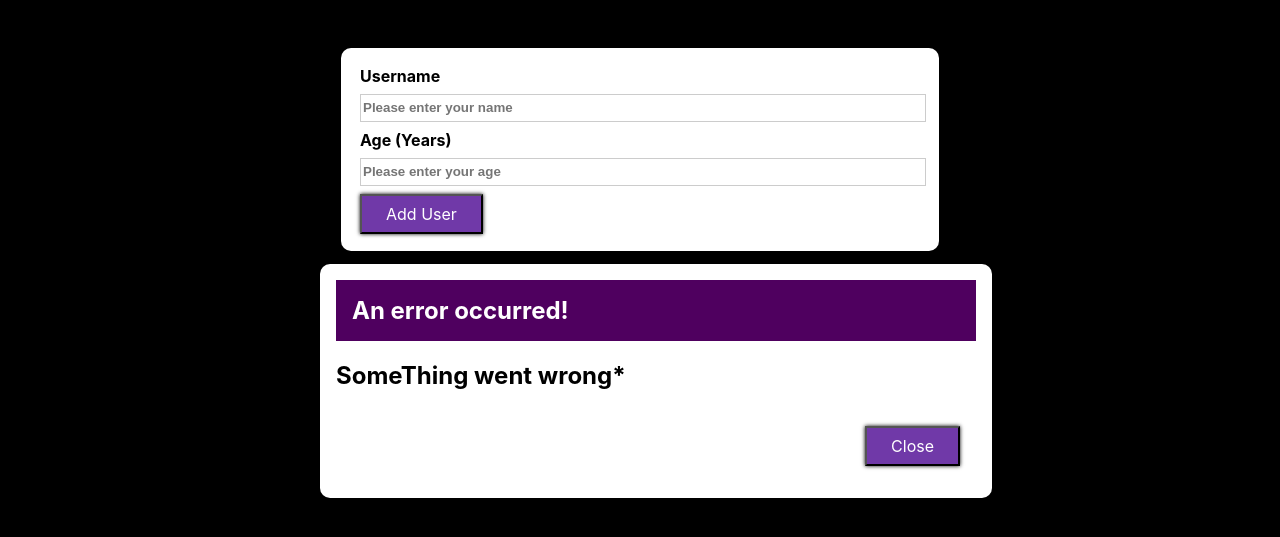
Repository: NamalPathirana/section-eight
Page: /
These files come from the project's save history. The page is drawn as it stood at one moment and after the next save; the edit follows.
The browser window is 1280 px wide. The pictures show the whole page.
The project was rebuilt for these pictures with package versions that can differ from the ones it lists, and the page was loaded fresh each time. Also part of the build but not shown: src/App.module.css.

Above is the page before, as saved 2021-12-04 14:31:00.

### src/index.css
body {
  margin: 0;
  padding: 0%;
  height: 100%;
  width: 100%;
  display: flex;
  flex-direction: column;
  background-color: black;
  font-family: -apple-system, BlinkMacSystemFont, 'Segoe UI', 'Roboto', 'Oxygen',
    'Ubuntu', 'Cantarell', 'Fira Sans', 'Droid Sans', 'Helvetica Neue',
    sans-serif;
  -webkit-font-smoothing: antialiased;
  -moz-osx-font-smoothing: grayscale;
}

code {
  font-family: source-code-pro, Menlo, Monaco, Consolas, 'Courier New',
    monospace;
}

### src/App.js
import styles from "./App.module.css";
import react, { useState } from "react";
import UserInput from "./Components/UserInput/UserInput";
import UserList from "./Components/UserList/UserList";
import Card from "./UI/Card/Card";

function App() {
  const [listOfEntries, SetListOfEntries] = useState([
    { key: 0, name: "Dave", age: "000" },
    { key: 1, name: "looper", age: "29" },
  ]);

  const UserEntryCallbackHandler = (props) => {
    SetListOfEntries((prevListOfEntries) => {
      const tempList = [...prevListOfEntries];
      tempList.unshift({
        key: Math.random(),
        name: props.name,
        age: props.age,
      });
      return tempList;
    });
    console.log(listOfEntries);
  };

  const entryDeletionCallback = (entryKey) => {
    SetListOfEntries((perEntry) => {
      const updatedEntries = perEntry.filter((entry) => {
        return entry.key !== entryKey;
      });
      return updatedEntries;
    });
  };

  let UserInfoSegment = <Card><h3 className={styles.block}>No Entries Exists To Display</h3></Card>;

  if (listOfEntries.length > 0) {
    UserInfoSegment = (
      <UserList
        items={listOfEntries}
        deletionHandler={entryDeletionCallback}
      ></UserList>
    );
  }

  return (
    <div className="App">
      <section>
        <UserInput onUserEntry={UserEntryCallbackHandler}></UserInput>
      </section>
      <section>
      {UserInfoSegment}
      </section>
    </div>
  );
}

export default App;

### src/Components/UserInput/UserInput.js
import Button from "../../UI/Button/Button";
import styles from "./UserInput.module.css";
import { useState } from "react";
import Card from "../../UI/Card/Card";
import ErrorModal from "../../UI/ErrorModal/ErrorModal";

const UserInput = (props) => {
  const userEntry = { key: 0, name: "lol", age: "25" };

  const [username, SetUserName] = useState("");
  const [age, SetAge] = useState("");
  const [isValid, SetIsValid] = useState(true);

  const NameInputHandler = (props) => {
    SetUserName(props.target.value);

    if (props.target.value.length > 0) {
      SetIsValid(true);
    }
    // console.log('[UserInput.js / userName : ]'+username)
  };

  const AgeInputHandler = (props) => {
    SetAge(props.target.value);
    if (props.target.value.length > 0) {
      SetIsValid(true);
    }
    // console.log('[UserInput.js / userName : ]'+age);
  };

  const FormSubmitHandler = (event) => {
    event.preventDefault();

    if (username.length === 0) {
      SetIsValid(false);
      return;
    }
    if(+age<1){
        SetIsValid(false);
        return;
    }

    userEntry.key = Math.random();
    userEntry.name = username;
    userEntry.age = age;

    props.onUserEntry(userEntry);

    SetUserName("");
    SetAge("");
  };

  return (
    <div>
    <ErrorModal title="An error occurred!" message='SomeThing went wrong*'></ErrorModal>
    <Card>
      <form onSubmit={FormSubmitHandler}>
        <div className={styles.frame}>
          <label className={`${!isValid ? styles.inValid : ""}`}>
            Username
          </label>
          <input
            placeholder="Please enter your name"
            type="text"
            onChange={NameInputHandler}
            className={!isValid ? styles.inValid : ""}
            value={username}
          />
          <label className={`${!isValid ? styles.inValid : ""}`}>
            Age (Years)
          </label>
          <input
            placeholder="Please enter your age"
            type="number"
            max="120"
            maxLength="2"
            min="12"
            onChange={AgeInputHandler}
            value={age}
            className={`${!isValid ? styles.inValid : ""}`}
          />
          <Button name="Add User" type="submit"></Button>
        </div>
      </form>
    </Card>
    </div>
  );
};

export default UserInput;

### src/Components/UserList/UserList.js
import styles from './UserList.module.css';
import UserListItem from '../UserListItem/UserListItem'
import Card from '../../UI/Card/Card';


const UserList = (props) => {

    const listUserItems = props.items.map(row=>{
        return  <UserListItem key={row.key} name={row.name} age={row.age} clicked={()=>{props.deletionHandler(row.key)}}/>;
    });

    return(
        <Card>
        <div className={styles.frame}>
           {listUserItems}
        </div>
        </Card>
    );
}

export default UserList;

### src/UI/Card/Card.js
import styles from './Card.module.css';

const Card = (props) => {

    return (<div className={`${styles.card} ${props.className}`}>
        {props.children}
    </div>);

}

export default Card;

### src/UI/Button/Button.js
import styles from "./Button.module.css";

const Button = (props) => {
  return <button className={styles.button} type={props.type || 'button'}>{props.name}</button>;
};

export default Button;

### src/Components/UserInput/UserInput.module.css
.frame{

}

.frame input{
    display: block;
    font-weight: bold;
    border: 1px solid #ccc;
    line-height: 1.5rem;
    padding: 100 0.25rm;
    width: 100%;
    margin-bottom: 0.5rem;
}

.frame input:hover{
    border: 1px solid rgb(49, 45, 45);
}

label.inValid {
    color: red;
}

input.inValid {
    background-color: rgb(233, 161, 161);
    border: 1px solid red;
 }

.frame label{
    display: block;
    align-content: flex-start;
    font-weight: bold;
    margin-bottom: 0.5rem;
}

### src/UI/ErrorModal/ErrorModal.js
import styles from "./ErrorModal.module.css";
import Card from "../Card/Card";
import Button from "../Button/Button"

const ErrorModal = (props) => {
  return (
    <Card className={styles.modal}>
      <header className={styles.header} ><h2>{props.title}</h2></header>
      <h2 className={styles.message}>{props.message}</h2>
      <footer className={styles.actions}><Button name="Close"></Button></footer>
    </Card>
  );
};

export default ErrorModal;

### src/Components/UserList/UserList.module.css
.frame{

}

### src/Components/UserListItem/UserListItem.js
import styles from './UserListItem.module.css';


const UserListItem = (props) => {

    return(
        <div className={styles.list_item} onClick={props.clicked}>
            <h3>{props.name} ({props.age} Years Old)</h3>
        </div>
    );
}

export default UserListItem;

### src/UI/Card/Card.module.css
.card{
    margin: 0.5rem 0.5rem;
    padding: 1.1rem 1.2rem;
    width: 35rem;
    max-width: 90%;
    margin: 3rem auto;
    background-color: white;
    border-radius: 10px;
}

### src/UI/Button/Button.module.css
.button{
    font: inherit;
    padding: 0.5rem 1.5rem;
    background-color: rgb(112, 57, 168);
    color:white;
    box-shadow: 0 0 4px black;
    cursor: pointer;
    width: auto;
}

.button:focus{
    outline: none;
}

.button:hover,.button:active{
    background-color: rgb(185, 140, 231);
    border-color: rgb(185, 140, 231);
    box-shadow: 0 0 8px black;
}

### src/UI/ErrorModal/ErrorModal.module.css
.modal {
  position: fixed;
  top: 30vh;
  left: 10%;
  width: 80%;
  z-index: 100;
  overflow: hidden;
  padding: 1rem 1rem !important;
}

.header {
  background: #4f005f;
  padding: 1rem;
}

.header h2 {
  color: white;
  margin: 0;
}

.content {
  padding: 1rem;
}

.actions {
  padding: 1rem;
  display: flex;
  justify-content: flex-end;
}

@media (min-width: 768px) {
  .modal {
    left: calc(50% - 20rem);
    width: 40rem;
  }
}

### src/Components/UserListItem/UserListItem.module.css
.list_item{
    border: 1px solid gray;
    display: block;
    padding: 0.5rem 0.3rem;
    margin: 3px 0px;

}

.list_item:hover{
    background-color: antiquewhite;
}

.list_item:active{
    background-color: rgb(251, 199, 199);
}


.list_item h3{
    margin: 0px;
}

Loaded but not shown: public/index.html (common file); src/index.js (common file); src/reportWebVitals.js (common file)

After the next save:
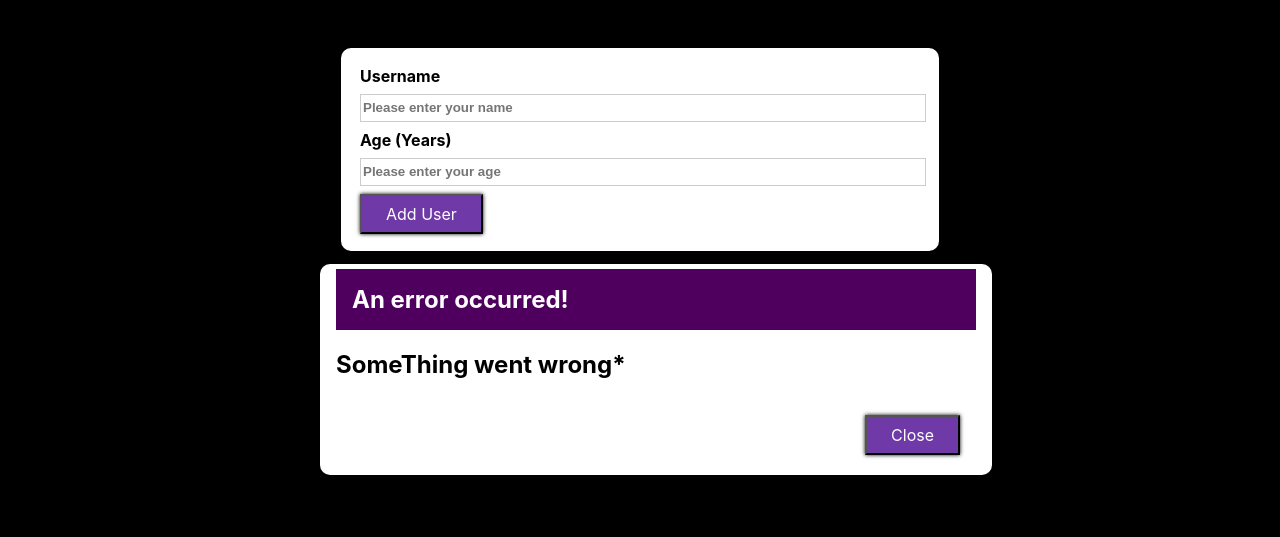
Saved 7 s later.
--- a/src/UI/ErrorModal/ErrorModal.module.css
+++ b/src/UI/ErrorModal/ErrorModal.module.css
@@ -5,7 +5,7 @@
   width: 80%;
   z-index: 100;
   overflow: hidden;
-  padding: 1rem 1rem !important;
+  padding: 0.3rem 1rem !important;
 }
 
 .header {
